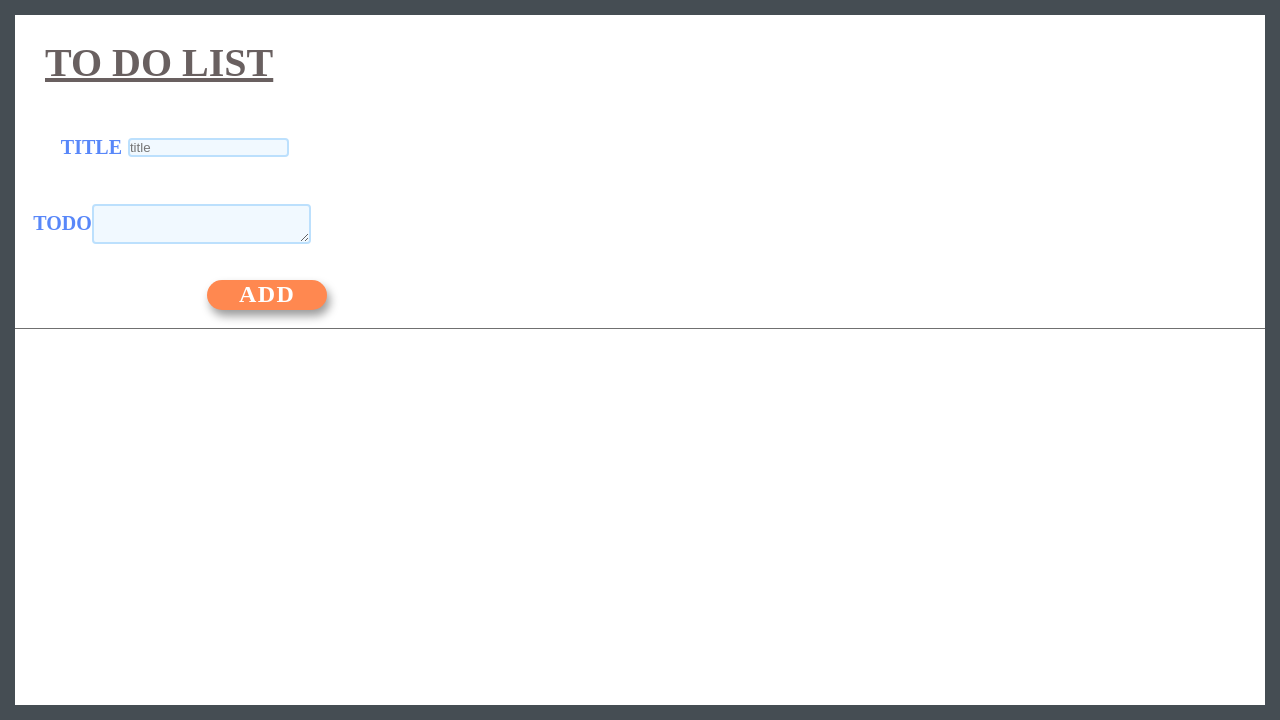
Repository: NagataRyuji0630/shinjin-otameshi
Page: todo_white_board.html
An editor plug-in stored every save of this project. The page is shown before and after the next save, followed by the edit.
The browser window is 1280 px wide. The pictures show the whole page.
The pointer rests on the first visible `.red_btn`.

Above is the page before, as saved 2020-06-11 23:27:14.
Not found: todoWhiteBoard.js

### todo_white_board.html
<!DOCTYPE html>
<html lang="ja">

<head>
    <meta charset="UTF-8">
    <meta name="viewport" content="width=device-width, initial-scale=1.0">
    <meta http-equiv="X-UA-Compatible" content="ie=edge">
    <link rel="stylesheet" href="./todo_white_board.css">
    <script src="./constants.js"></script>
    <script src="./domAction.js"></script>
    <script src="./todoWhiteBoard.js"></script>
    <title>Todo White Board</title>
</head>

<body>
    <div class="white_board display_flex_justify direction_colum">

        <div id="board_title_container" class="display_flex_align">
            <div id="board_title">TO DO LIST</div>
        </div>

        <div id="form_container" class="display_flex_justify direction_colum">

            <div class="input_content display_flex_all direction_row">
                <div class="input_title display_flex_all">TITLE</div>
                <div class="display_flex_all">
                    <input class="blue_form" id="todo_title" type="text" placeholder="title" />
                </div>
            </div>

            <div class="input_content display_flex_all direction_row">
                <div class="input_title display_flex_all">TODO</div>
                <div class="display_flex_all">
                    <textarea class="blue_form" id="todo_detail"></textarea>
                </div>

            </div>

            <div id="btn_container" class="display_flex_align">
                <div class="btn red_btn display_flex_all" id="todo_add_btn">
                    <div class="btn_text">ADD</div>
                </div>
            </div>
        </div>

        <div id="todo_list_container"></div>
    </div>
</body>

</html>

### todo_white_board.css
* {
    margin: 0px;
    padding: 0px;
    box-sizing: border-box;
}

body, html {
    width: 100%;
    height: 100%;
    font-size: 16px;
    overflow-x: hidden;
}

.display_flex_all {
    display: flex;
    justify-content: center;
    align-items: center;
}

.display_flex_justify {
    display: flex;
    justify-content: center;
}

.display_flex_align {
    display: flex;
    align-items: center;
}

.direction_colum {
    flex-direction: column;
}

.direction_row {
    flex-direction: row;
}

.white_board {
    width: 100%;
    height: 100%;
    border: 15px solid #454D53;
}

#board_title_container {
    width: auto;
    height: 15%;
    padding-left: 30px;
}

#board_title {
    text-align: center;
    text-decoration: underline;
    font-size: 40px;
    font-weight: bold;
    letter-spacing: 0px;
    color: #696060;
}

#form_container {
    width: 100%;
    height: 35%;
    padding: 0px 40px;
    border-bottom: 1px solid #707070;
}

.input_content {
    width: 20%;
    height: 35%;
}

.input_title {
    width: 35%;
    height: 100%;
    text-align: center;
    font-size: 20px;
    font-weight: bold;
    letter-spacing: 0px;
    color: #5887F9;
}

.blue_form {
    display: block;
    background: #F1F9FF 0% 0% no-repeat padding-box;
    border: 2px solid #BCE0FD;
    border-radius: 4px;
}

#todo_title {
    text-align: left;
    width: 100%;
    height: 100%;
}

#todo_detail {
    text-align: left;
    font-size: 16px;
    letter-spacing: 0px;
    color: #5887F9;
}

#btn_container {
    width: 100%;
    height: 30%;
}

.btn {
    width: 120px;
    height: 30px;
    border-radius: 24px;
}

.red_btn {
    background-color: #FF6969;
    box-shadow: 3px 6px 10px #00000065;
}

.red_btn:hover {
    background-color: #FF8850;
}

#todo_add_btn {
    position: relative;
    left: 13%
}

.btn_text {
    text-align: center;
    font-size: 24px;
    font-weight: bold;
    letter-spacing: 1.44px;
    color: #FFFFFF;
}

#todo_list_container {
    width: 100%;
    height: 60%;
}

Loaded but not shown: constants.js (no stored copy; drawn as an empty file); domAction.js (no stored copy; drawn as an empty file)

After the next save:
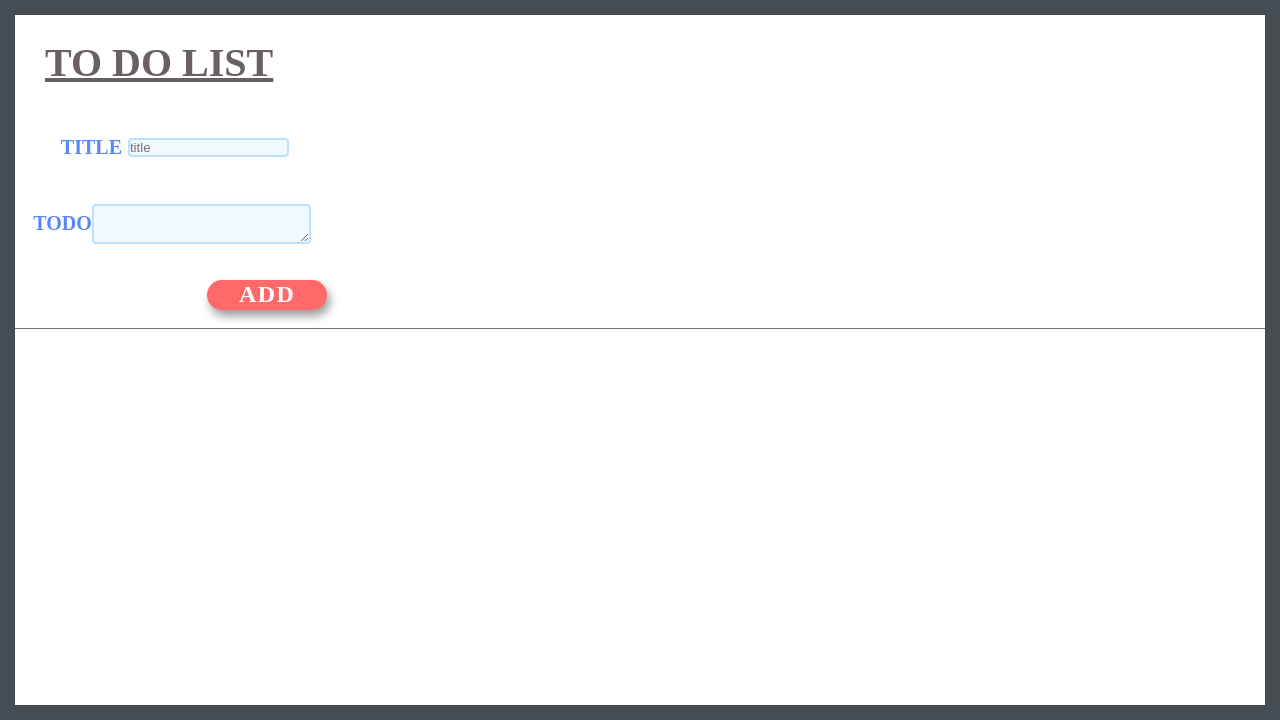
Saved 2 min 11 s later.
--- a/todo_white_board.css
+++ b/todo_white_board.css
@@ -114,8 +114,9 @@
     box-shadow: 3px 6px 10px #00000065;
 }
 
-.red_btn:hover {
+.red_btn:active {
     background-color: #FF8850;
+    box-shadow: 3px 6px 10px #00000090;
 }
 
 #todo_add_btn {
